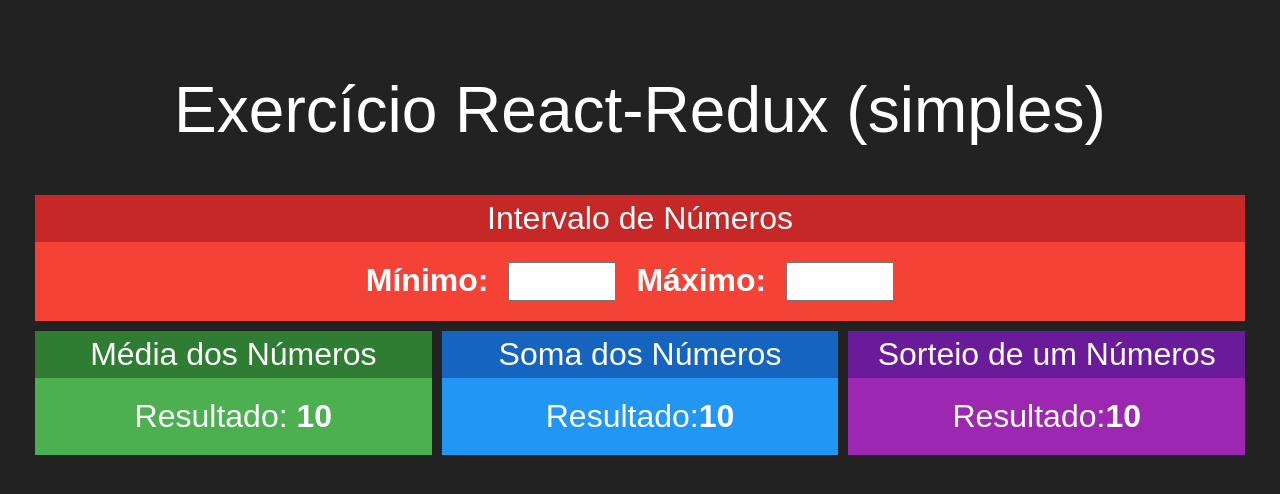
Repository: Henrique-Franca/Clear-Redux-Simples
Page: /
These files come from the project's save history. The page is drawn as it stood at one moment and after a run of saves; the edit follows.
The browser window is 1280 px wide. The pictures show the whole page.
The project was rebuilt for these pictures with package versions that can differ from the ones it lists, and the page was loaded fresh each time.

Above is the page before, as saved 2022-11-22 08:55:56.

After the next 2 saves:
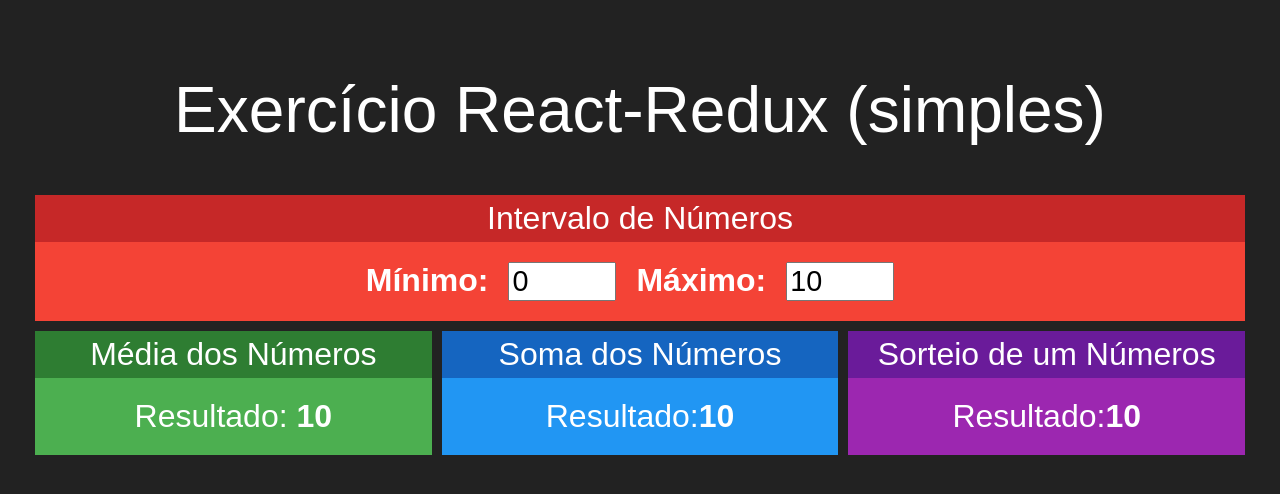
The 2 saves are shown as one change because they came seconds apart.
The last was saved 53 s later.
--- a/src/components/Intervalo.jsx
+++ b/src/components/Intervalo.jsx
@@ -11,11 +11,11 @@ export default props =>{
             <div className="Intervalo">
                 <span>
                     <strong>Mínimo:</strong>
-                    <input type="number" readOnly/>
+                    <input type="number" value={0} readOnly/>
                 </span>
                 <span>
                     <strong>Máximo:</strong>
-                    <input type="number" readOnly/>
+                    <input type="number" value={10} readOnly/>
                 </span>
             </div>
 
